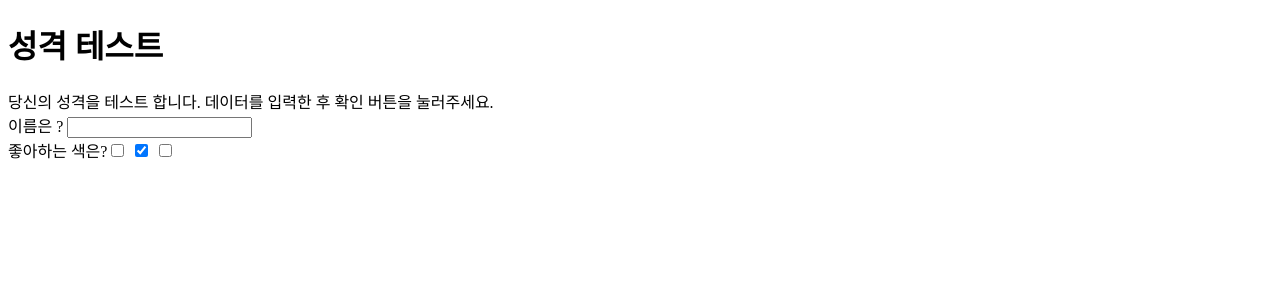
Repository: chanhooop/JSP
Page: http://localhost/Servlets/CharacterTest_01.jsp
The author's editor kept a copy of each file at every save. The page is drawn from the files as they stood at one save, then again after the next save.
The browser window is 1280 px wide. The pictures show the whole page.
The page is served by Tomcat 9. Other server files are loaded and not shown.

Above is the page before, as saved 2021-05-07 08:35:45.

### Servlets/src/main/webapp/CharacterTest_01.jsp
<%@ page language="java" contentType="text/html; charset=UTF-8"
    pageEncoding="UTF-8"%>
<!DOCTYPE html>
<html>
<head>
<meta charset="UTF-8">
<title>Insert title here</title>
</head>
<body>
	<h1> 성격 테스트</h1>
	당신의 성격을 테스트 합니다. 데이터를 입력한 후 확인 버튼을 눌러주세요.

	<form action="CharacterTest_01S">
	이름은 ? <input type="text" name="name"><br>
	좋아하는 색은?<input type="checkbox" name="color" value="노랑">
		<input type="checkbox" name="color" value="빨강" checked="checked">
		<input type="checkbox" name="color" value="파랑">


	</form>
</body>
</html>

After the next save:
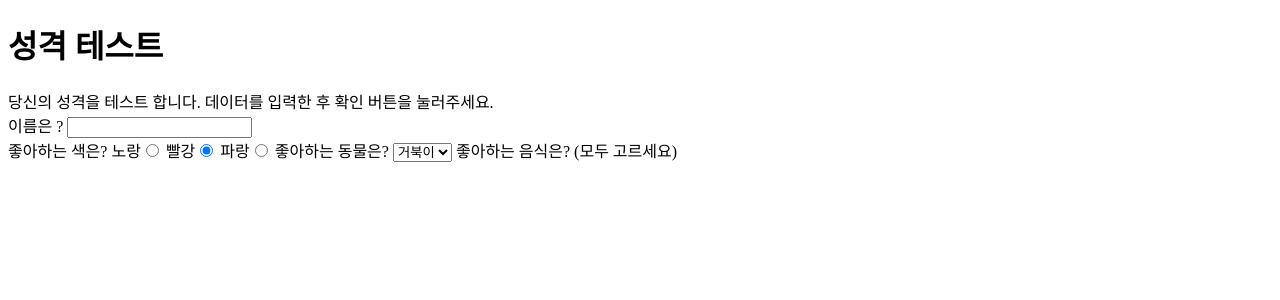
Saved 2 min 54 s later.
--- a/Servlets/src/main/webapp/CharacterTest_01.jsp
+++ b/Servlets/src/main/webapp/CharacterTest_01.jsp
@@ -12,10 +12,15 @@
 
 	<form action="CharacterTest_01S">
 	이름은 ? <input type="text" name="name"><br>
-	좋아하는 색은?<input type="checkbox" name="color" value="노랑">
-		<input type="checkbox" name="color" value="빨강" checked="checked">
-		<input type="checkbox" name="color" value="파랑">
+	좋아하는 색은? 노랑<input type="radio" name="color" value="노랑">
+		빨강<input type="radio" name="color" value="빨강" checked="checked">
+		파랑<input type="radio" name="color" value="파랑">
+	좋아하는 동물은?
+	<select name="animal">
+		<option value="거북이">거북이</option>
 
+	</select>
+	좋아하는 음식은? (모두 고르세요)
 
 	</form>
 </body>
